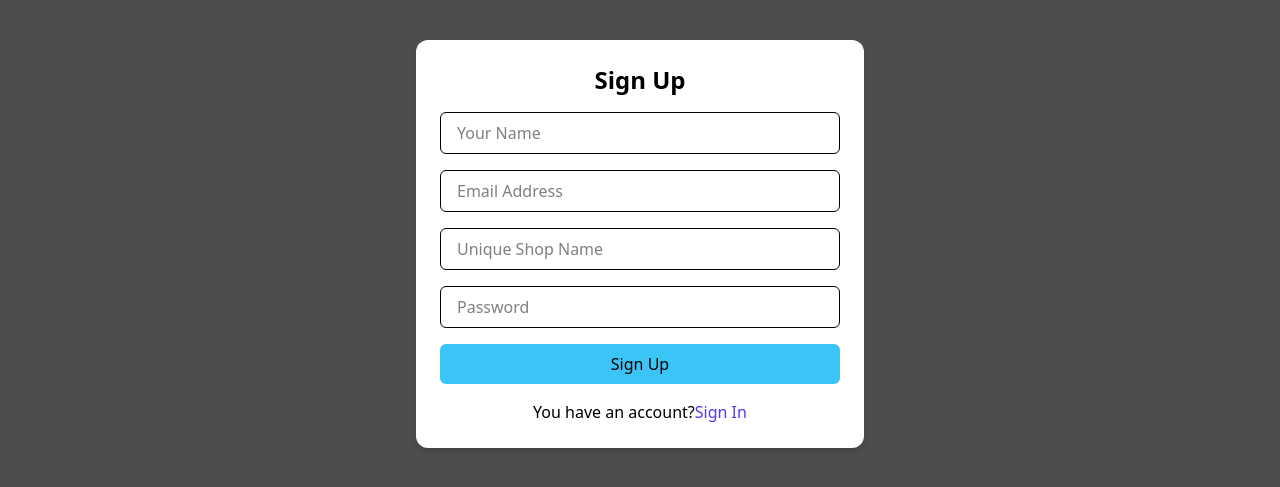
Repository: Mehebul02/user-authentication
Page: /signup
These files come from the project's save history. The page is drawn as it stood at one moment and after the next save; the edit follows.
The browser window is 1280 px wide. The pictures show the whole page.
The project was rebuilt for these pictures with package versions that can differ from the ones it lists, and the page was loaded fresh each time. Also part of the build but not shown: vite.config.ts, src/components/pages/auth/signIn/SignIn.tsx.

Above is the page before, as saved 2025-06-02 21:14:27.

### src/main.tsx
import { StrictMode } from 'react'
import { createRoot } from 'react-dom/client'
import './index.css'
import { RouterProvider } from 'react-router-dom'
import router from './components/routes/index.tsx'
import { Toaster } from 'sonner'

createRoot(document.getElementById('root')!).render(
  <StrictMode>
    <RouterProvider router={router}/>
    <Toaster position="top-center" />
  </StrictMode>,
)

### src/index.css
@import "tailwindcss";


body {

  background-color: rgb(77, 77, 77);
}

### src/components/routes/index.tsx
import { createBrowserRouter } from "react-router-dom";
import Signin from "../pages/auth/signIn/SignIn";
import SignUp from "../pages/auth/signUp/SignUp";


const router = createBrowserRouter([
  {
    path: "/",
    element: <Signin/>,

  },
  {
    path: "/signup",
    element: <SignUp/>,
  }
]);

export default router;

### src/components/pages/auth/signUp/SignUp.tsx
/* eslint-disable @typescript-eslint/no-explicit-any */
import React, { useState } from 'react';
import { Link } from 'react-router-dom';
import { toast } from 'sonner';

const SignUp = () => {
  const [formData, setFormData] = useState({
    username: '',
    email: '',
    shopName: '',
    password: '',
  });

  type Errors = {
    username?: string;
    email?: string;
    shopName?: string;
    password?: string;
  };

  const [errors, setErrors] = useState<Errors>({});
  const [message, setMessage] = useState('');
  const [isLoading, setLoading] = useState(false);

  const validate = () => {
    const newErrors: Errors = {};
    const { username, email, shopName, password } = formData;

    const passwordRegex = /^(?=.*[0-9])(?=.*[!@#$%^&*])[A-Za-z\d!@#$%^&*]{8,}$/;

    if (!username.trim()) newErrors.username = 'Name is required';
    if (!email.trim()) newErrors.email = 'Email is required';
    if (!shopName.trim()) newErrors.shopName = 'Shop name is required';
    if (!passwordRegex.test(password)) {
      newErrors.password = 'Password must be at least 8 characters, include one number and one special character';
    }

    return newErrors;
  };

  const handleChange = (e: React.ChangeEvent<HTMLInputElement>) => {
    setFormData({ ...formData, [e.target.name]: e.target.value });
    setErrors({ ...errors, [e.target.name]: '' });
  };

  const handleSignup = async (e: React.FormEvent) => {
    e.preventDefault();
setLoading(true)
    const validationErrors = validate();
    if (Object.keys(validationErrors).length > 0) {
      setErrors(validationErrors);
      return;
    }
    console.log(formData);

    try {
      const res = await fetch('http://localhost:5000/api/v1/register', {
        method: 'POST',
        headers: { 'Content-Type': 'application/json' },
        body: JSON.stringify(formData),
      });

      const data = await res.json();
      console.log(data);

if(data?.success){
    toast.success(data.message);
}
      if (!res.ok) {
        setMessage(data.message || 'Something went wrong');

      } else {
        setMessage('User created successfully');
        setFormData({ username: '', email: '', shopName: '', password: '' });
      }
    } catch (err:any) {
      setMessage('Server error',);
      console.log(err);
    }finally{
      setLoading(false)
    }
  };

  return (
    <div className="max-w-md mx-auto mt-10 p-6 bg-white shadow-md rounded-xl">
      <h2 className="text-2xl font-semibold mb-4 text-center">Sign Up</h2>
      {/* {message && <p className="mb-4 text-center text-sm text-red-500">{message}</p>} */}

      <form onSubmit={handleSignup} className="space-y-4">
        <div>
          <input
            type="text"
            name="username"
            placeholder="Your Name"
            value={formData.username}
            onChange={handleChange}
            className="w-full px-4 py-2 border rounded-md focus:outline-none focus:ring focus:border-blue-300"
          />
          {errors.username && <p className="text-sm text-red-500 mt-1">{errors.username}</p>}
        </div>

        <div>
          <input
            type="email"
            name="email"
            placeholder="Email Address"
            value={formData.email}
            onChange={handleChange}
            className="w-full px-4 py-2 border rounded-md focus:outline-none focus:ring focus:border-blue-300"
          />
          {errors.email && <p className="text-sm text-red-500 mt-1">{errors.email}</p>}
        </div>

        <div>
          <input
            type="text"
            name="shopName"
            placeholder="Unique Shop Name"
            value={formData.shopName}
            onChange={handleChange}
            className="w-full px-4 py-2 border rounded-md focus:outline-none focus:ring focus:border-blue-300"
          />
          {errors.shopName && <p className="text-sm text-red-500 mt-1">{errors.shopName}</p>}
        </div>

        <div>
          <input
            type="password"
            name="password"
            placeholder="Password"
            value={formData.password}
            onChange={handleChange}
            className="w-full px-4 py-2 border rounded-md focus:outline-none focus:ring focus:border-blue-300"
          />
          {errors.password && <p className="text-sm text-red-500 mt-1">{errors.password}</p>}
        </div>

        <button
          type="submit"
          className="w-full text-black bg-[#3bc4f6]  py-2 rounded-md hover:bg-blue-700 transition duration-200"
        >
          {
                    isLoading ? <p>Sign Up...</p>: <p>Sign Up</p>
                }
        </button>
      </form>
       <h1 className='mt-4 text-center space-x-1 '>You have an account?
                <Link to="/" className="text-indigo-600 hover:text-indigo-500">Sign In</Link>
              </h1>
    </div>
  );
};

export default SignUp;

Loaded but not shown: index.html (common file)

After the next save:
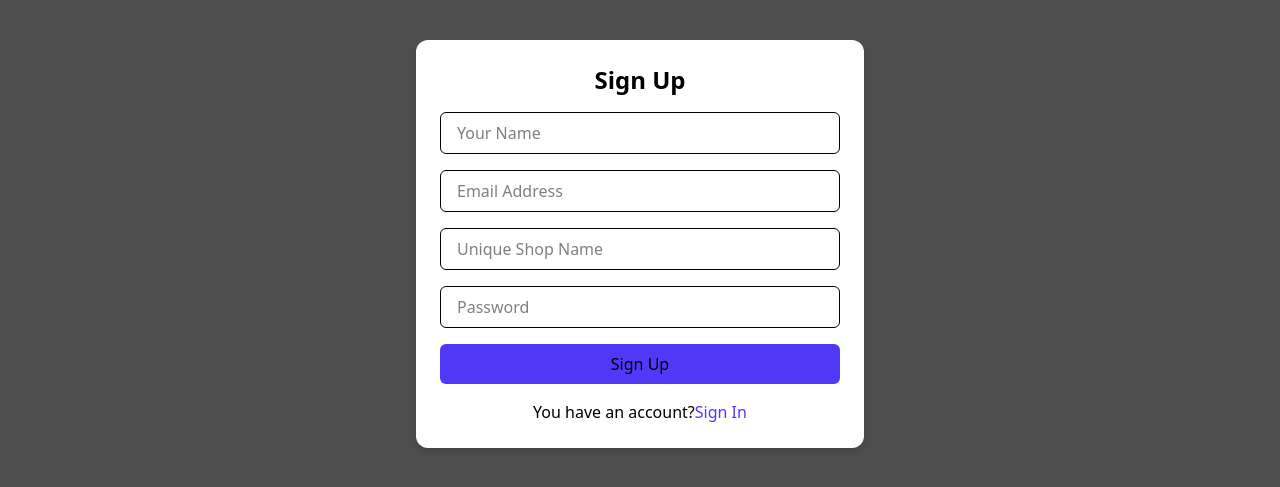
Saved 18 s later.
--- a/src/components/pages/auth/signUp/SignUp.tsx
+++ b/src/components/pages/auth/signUp/SignUp.tsx
@@ -137,7 +137,7 @@ if(data?.success){
 
         <button
           type="submit"
-          className="w-full text-black bg-[#3bc4f6]  py-2 rounded-md hover:bg-blue-700 transition duration-200"
+          className="w-full text-black bg-[#4F39F6]  py-2 rounded-md hover:bg-blue-700 transition duration-200"
         >
           {
                     isLoading ? <p>Sign Up...</p>: <p>Sign Up</p>
